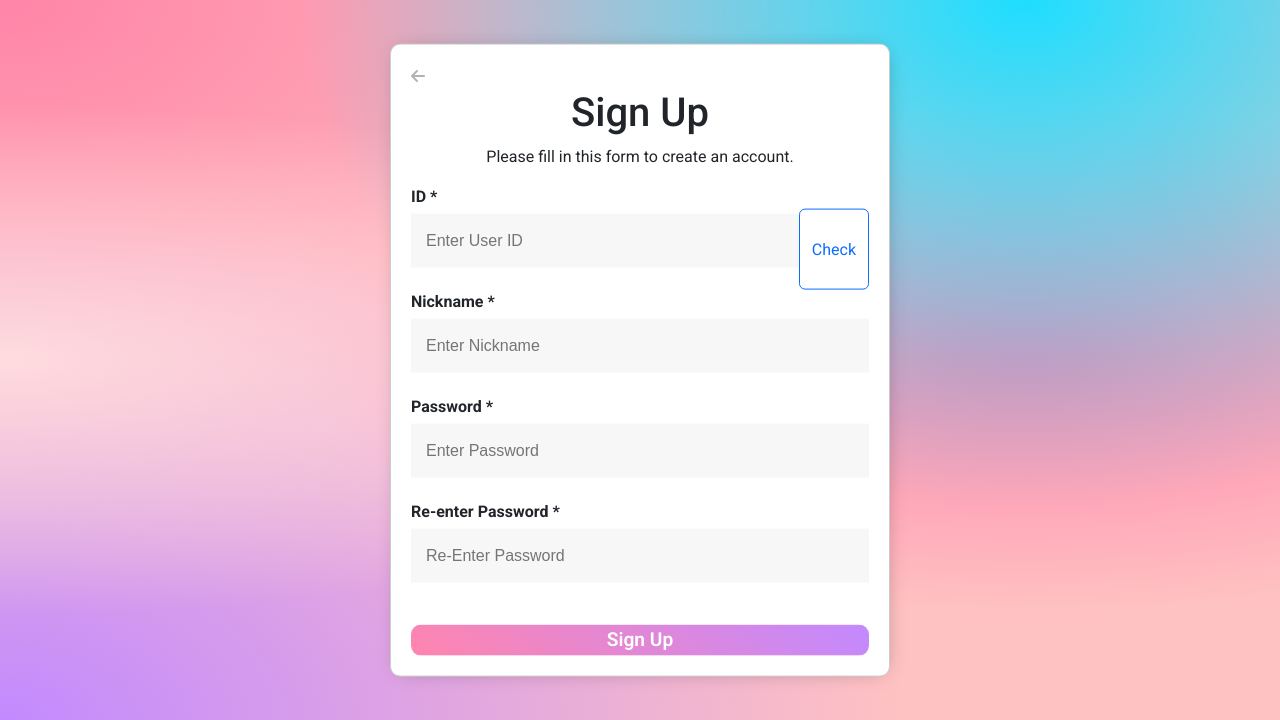
Repository: Jae-yi/JSPMybatis
Page: http://localhost/JspMybatisSub/WEB-INF/views/page/register.jsp
The author's editor kept a copy of each file at every save. The page is drawn from the files as they stood at one save, then again after the next save.
The browser window is 1280 px wide. The pictures show the whole page.
Some web fonts or font styles are not loaded; a fallback is used. Some web libraries are served in a nearby version. The page is served by Tomcat 9. Nobody is signed in. Other server files are loaded and not shown. The template is opened directly, without the code that normally fills it, so the values that code supplies are empty.

Above is the page before, as saved 2023-02-01 11:01:34.

### JspMybatisSub/src/main/webapp/WEB-INF/views/page/register.jsp
<%@ page language="java" contentType="text/html; charset=UTF-8"
	pageEncoding="UTF-8"%>
<!DOCTYPE html>
<html>
<%@ include file="../include/style.jsp"%>
<link href="resources/css/register.css" rel="stylesheet" type="text/css">
<head>
<meta charset="UTF-8">
<script src="https://kit.fontawesome.com/3f27d28028.js"
	crossorigin="anonymous"></script>
<script src="https://ajax.aspnetcdn.com/ajax/jQuery/jquery-3.3.1.min.js"></script>
<script>

	// 아이디 중복체크 여부 체크
	var idck = 0;

	$(document).ready(function() {

		//뒤로가기 버튼
		$("#goBack").click(function(e) {
			e.preventDefault();
			history.back();
		})

		// 아이디 중복체크
		$("#duplIdCheck").click(function(e) {
			e.preventDefault();
			duplIdCheck();
		})

		// 회원가입
		$("#submitBtn").click(function(e) {
			e.preventDefault();
			signUp();
		})

	});

	// 비밀번호 일치 여부 확인
	$(function() {
		$("#pwdSuccess").hide();
		$("#pwdFail").hide();
		$("#rePwd").keyup(function() {
			var pwd = $("#pwd").val();
			var rePwd = $("#rePwd").val();
			if (rePwd == "") {
				$("#pwdSuccess").hide();
				$("#pwdFail").hide();
			} else if (pwd != "" || rePwd != "") {
				if (pwd == rePwd) {
					$("#pwdSuccess").show();
					$("#pwdFail").hide();
					$("#rePwd").removeClass("is-invalid")
					$("#submitBtn").removeAttr("disabled");
				} else {
					$("#pwdSuccess").hide();
					$("#pwdFail").show();
					$("#rePwd").addClass("is-invalid")
					$("#submitBtn").attr("disabled", "disabled");
				}
			}
		});
	});

	$(function() {
		$("#pwdSuccess").hide();
		$("#pwdFail").hide();
		$("#pwd").keyup(function() {
			var pwd = $("#pwd").val();
			var rePwd = $("#rePwd").val();
			if (rePwd == "") {
				$("#pwdSuccess").hide();
				$("#pwdFail").hide();
			} else if (pwd != "" || rePwd != "") {
				if (pwd == rePwd) {
					$("#pwdSuccess").show();
					$("#pwdFail").hide();
					$("#rePwd").removeClass("is-invalid")
					$("#submitBtn").removeAttr("disabled");
				} else {
					$("#pwdSuccess").hide();
					$("#pwdFail").show();
					$("#rePwd").addClass("is-invalid")
					$("#submitBtn").attr("disabled", "disabled");
				}
			}
		});
	});

	function duplIdCheck() {
		//비동기 통신 선언 (ajax)
		$.ajax({
			type : "GET",
			url : "/idDuplCheck",
			dataType : "json",
			data : {
				id : $('#id').val(),
			}, //전송할 데이터
			success : function(data) {

				if (data.duplId == true) {
					alert('중복된 아이디입니다. 다른 아이디를 사용해주세요.');
				} else {
					alert('사용가능한 아이디입니다.');
					idck = 1;
				}
			},

		});

	};

	function signUp() {

		if (idck == 0) {
			alert('아이디 중복여부를 체크해주세요.')
		} else {
			//비동기 통신 선언 (ajax)
			$.ajax({
				type : "POST",
				url : "/signUp",
				dataType : "json",
				data : {
					id : $('#id').val(),
					pwd : $('#pwd').val(),
					nickname : $('#nickname').val(),
				}, //전송할 데이터
				success : function(data) {

					if (data.signUp == true) {
						alert('🎉 회원가입에 성공하였습니다! 🎉');
						location.href = "/";

					} else {
						alert('회원가입에 실패하였습니다😭');
					}
				},

			});
		}
	};
</script>
</head>
<body>
	<form>
		<div class="container">
			<i class="fa-sharp fa-solid fa-arrow-left" id="goBack"></i>
			<h1 style="text-align: center">Sign Up</h1>
			<p style="text-align: center">Please fill in this form to create
				an account.</p>

			<label for="email"><b>ID *</b></label>
			<div id ="idInputDiv" style="display:flex">
			<input type="text"
				name="username" id = "id" placeholder="Enter User ID" required>
			<button type="button" class="btn btn-outline-primary" id="duplIdCheck">Check</button>
			</div>
			<label
			for="nickname"><b>Nickname *</b></label>
			<input type="text" id="nickname"
			placeholder="Enter Nickname" name="nickname" required>
			<label
			for="psw"><b>Password *</b></label>
			<input type="password" id="pwd"
			placeholder="Enter Password" name="pwd" required>
			<label
			for="rePwd"><b>Re-enter Password *</b></label>
			 <input type="password" id="rePwd"
			placeholder="Re-Enter Password" name="rePwd" required>
			<span id="pwdFail" style="color:red;"><strong>비밀번호가 일치하지 않습니다.</strong></span>
			<span id="pwdSuccess" style="color:blue;"><strong>비밀번호가 일치합니다.</strong></span>

			<button type="submit" class="submitBtn" id="submitBtn">Sign Up</button>
		</div>
	</form>
</body>
</html>

### JspMybatisSub/src/main/webapp/WEB-INF/views/include/style.jsp
<%@ page language="java" contentType="text/html; charset=UTF-8"
	pageEncoding="UTF-8"%>
<head>
<meta charset="UTF-8">
<title>INTELLIJ2's PROJECT</title>

<!-- Bootstrap : CSS only -->
<link
	href="https://cdn.jsdelivr.net/npm/bootstrap@5.3.0-alpha1/dist/css/bootstrap.min.css"
	rel="stylesheet"
	integrity="sha384-GLhlTQ8iRABdZLl6O3oVMWSktQOp6b7In1Zl3/Jr59b6EGGoI1aFkw7cmDA6j6gD"
	crossorigin="anonymous">
<script
	src="https://cdn.jsdelivr.net/npm/bootstrap@5.3.0-alpha1/dist/js/bootstrap.bundle.min.js"
	integrity="sha384-w76AqPfDkMBDXo30jS1Sgez6pr3x5MlQ1ZAGC+nuZB+EYdgRZgiwxhTBTkF7CXvN"
	crossorigin="anonymous"></script>

<!-- Bootstrap : JavaScript Bundle with Popper -->
<script
	src="https://cdn.jsdelivr.net/npm/@popperjs/core@2.11.6/dist/umd/popper.min.js"
	integrity="sha384-oBqDVmMz9ATKxIep9tiCxS/Z9fNfEXiDAYTujMAeBAsjFuCZSmKbSSUnQlmh/jp3"
	crossorigin="anonymous"></script>
<script
	src="https://cdn.jsdelivr.net/npm/bootstrap@5.3.0-alpha1/dist/js/bootstrap.min.js"
	integrity="sha384-mQ93GR66B00ZXjt0YO5KlohRA5SY2XofN4zfuZxLkoj1gXtW8ANNCe9d5Y3eG5eD"
	crossorigin="anonymous"></script>

<!-- JQuery -->
<script src=https://cdnjs.cloudflare.com/ajax/libs/jquery/3.6.3/jquery.min.js></script>

</head>

### JspMybatisSub/src/main/webapp/resources/css/register.css
@charset "EUC-KR";
@import url('https://fonts.googleapis.com/css2?family=Poppins:wght@400;500;600&family=Roboto+Condensed:wght@700&family=Roboto:wght@300;400;500;600;700&display=swap');

body {
	font-family: 'Roboto', sans-serif;
	background-color:#f7f7f7;
}
* {box-sizing: border-box}

body {
  background-color: #fff9f9;
  min-height: 700px;
  min-width: 700px;
  height: 100vh;
  width: 100vw;
  background-color:hsla(0,100%,88%,1);
  background-image:
radial-gradient(at 80% 0%, hsla(189,100%,56%,1) 0px, transparent 50%),
radial-gradient(at 0% 50%, hsla(355,100%,93%,1) 0px, transparent 50%),
radial-gradient(at 80% 50%, hsla(340,100%,76%,1) 0px, transparent 50%),
radial-gradient(at 0% 100%, hsla(269,100%,77%,1) 0px, transparent 50%),
radial-gradient(at 0% 0%, hsla(343,100%,76%,1) 0px, transparent 50%);
}

i {
  width: 10%;
  color: rgba(0,0,0,0.3);
}

/* Add padding to container elements */
.container {
    padding: 20px;
      width:500px;
    position: absolute;
    left: 50%;
    top: 50%;
    transform: translate(-50%, -50%);
      border:1px solid #ccc;
      border-radius:10px;
      background:white;
  -webkit-box-shadow: 2px 1px 21px -9px rgba(0,0,0,0.38);
  -moz-box-shadow: 2px 1px 21px -9px rgba(0,0,0,0.38);
  box-shadow: 2px 1px 21px -9px rgba(0,0,0,0.38);
  }

/* Full-width input fields */
input[type=text], input[type=password] {
  width: 100%;
  padding: 15px;
  margin: 5px 0 22px 0;
  display: inline-block;
  border: none;
  background: #f7f7f7;
	font-family: Montserrat,Arial, Helvetica, sans-serif;
}
select {
  width: 18%;
  padding: 15px;
  margin: 5px 0 22px 0;
  display: inline-block;
  border: none;
  background: #f7f7f7;
	font-family: Montserrat,Arial, Helvetica, sans-serif;
}

input[type=phone] {
  width: 81%;
  padding: 15px;
  margin: 5px 0 22px 0;
  display: inline-block;
  border: none;
  background: #f7f7f7;
}

input[type=text]:focus, input[type=password]:focus, input[type=phone]:focus, select:focus {
  background-color: #ddd;
  outline: none;
}

#submitBtn {
  margin-top:20px;
  border: none;
  width: 100%;
  border-radius: 10px;
  font-size: 1.2rem;
  background-image: linear-gradient(43deg, hsla(340,100%,76%,1) 0%, hsla(269,100%,77%,1) 100%);
  color: white;
  font-weight: 600;
}

.submitBtn:disabled {
	opacity:0.7;
}

.submitBtn:hover {
  opacity:1;
}

After the next save:
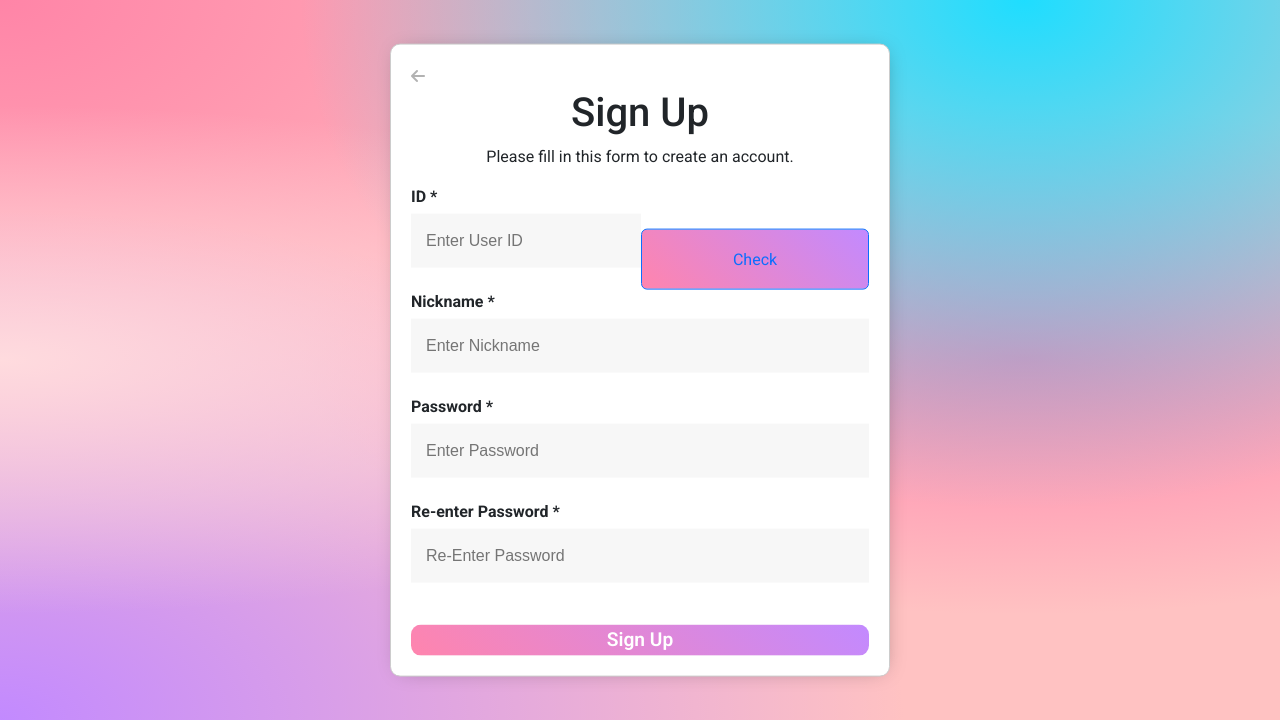
Saved 36 s later.
--- a/JspMybatisSub/src/main/webapp/resources/css/register.css
+++ b/JspMybatisSub/src/main/webapp/resources/css/register.css
@@ -77,7 +77,7 @@
   outline: none;
 }
 
-#submitBtn {
+button {
   margin-top:20px;
   border: none;
   width: 100%;
@@ -88,10 +88,10 @@
   font-weight: 600;
 }
 
-.submitBtn:disabled {
+button:disabled {
 	opacity:0.7;
 }
 
-.submitBtn:hover {
+button:hover {
   opacity:1;
 }

After the save that followed:
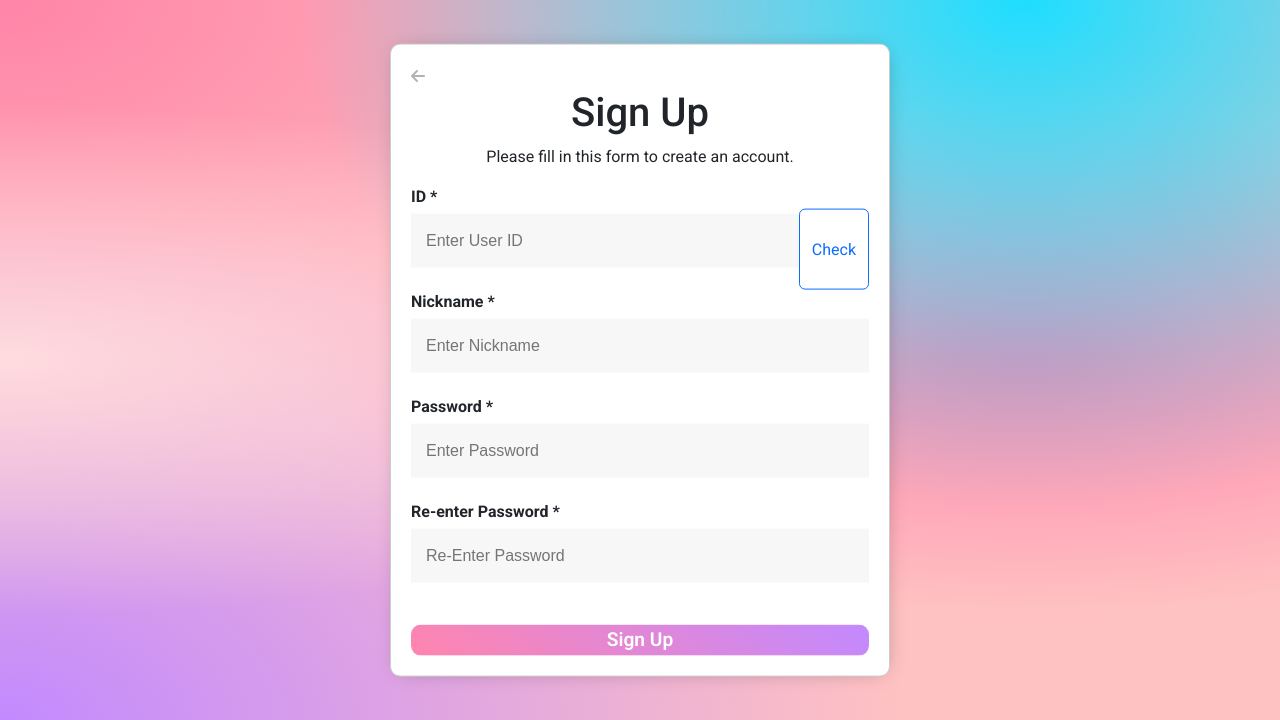
Saved 91 s later.
--- a/JspMybatisSub/src/main/webapp/resources/css/register.css
+++ b/JspMybatisSub/src/main/webapp/resources/css/register.css
@@ -77,7 +77,7 @@
   outline: none;
 }
 
-button {
+#submitBtn {
   margin-top:20px;
   border: none;
   width: 100%;
@@ -88,10 +88,10 @@
   font-weight: 600;
 }
 
-button:disabled {
+#submitBtn:disabled {
 	opacity:0.7;
 }
 
-button:hover {
+#submitBtn:hover {
   opacity:1;
 }
